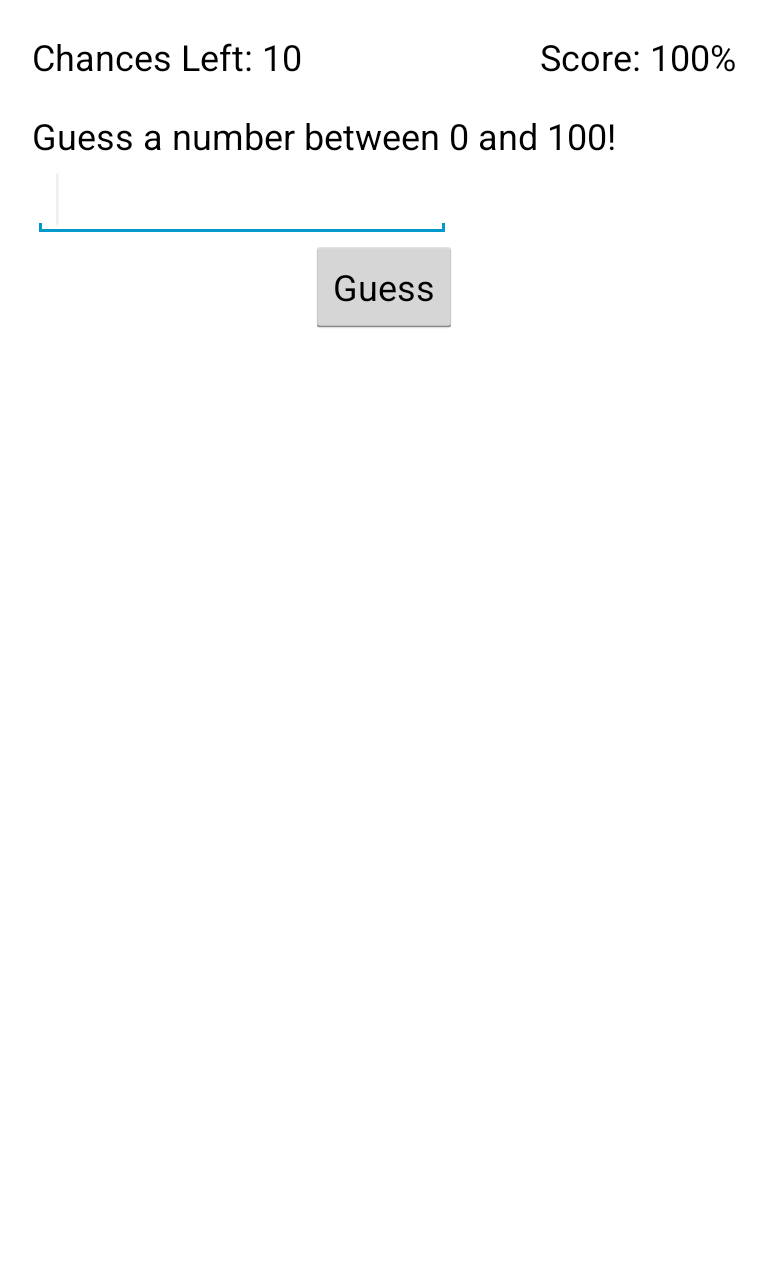
Repository: lethe13/AndroidProgramming
Layout: COMP304-Group1-MicroProject4/res/layout/activity_ggplay_music_progress_bar.xml
The author's editor kept a copy of each file at every save. The layout is drawn from the files as they stood at one save, then again after the next save.
It is drawn on a 768 x 1280 px phone screen (xhdpi) without system bars, with theme AppTheme; the app's code is not run.

Above is the layout before, as saved 2015-11-04 01:59:54.

After the next save:
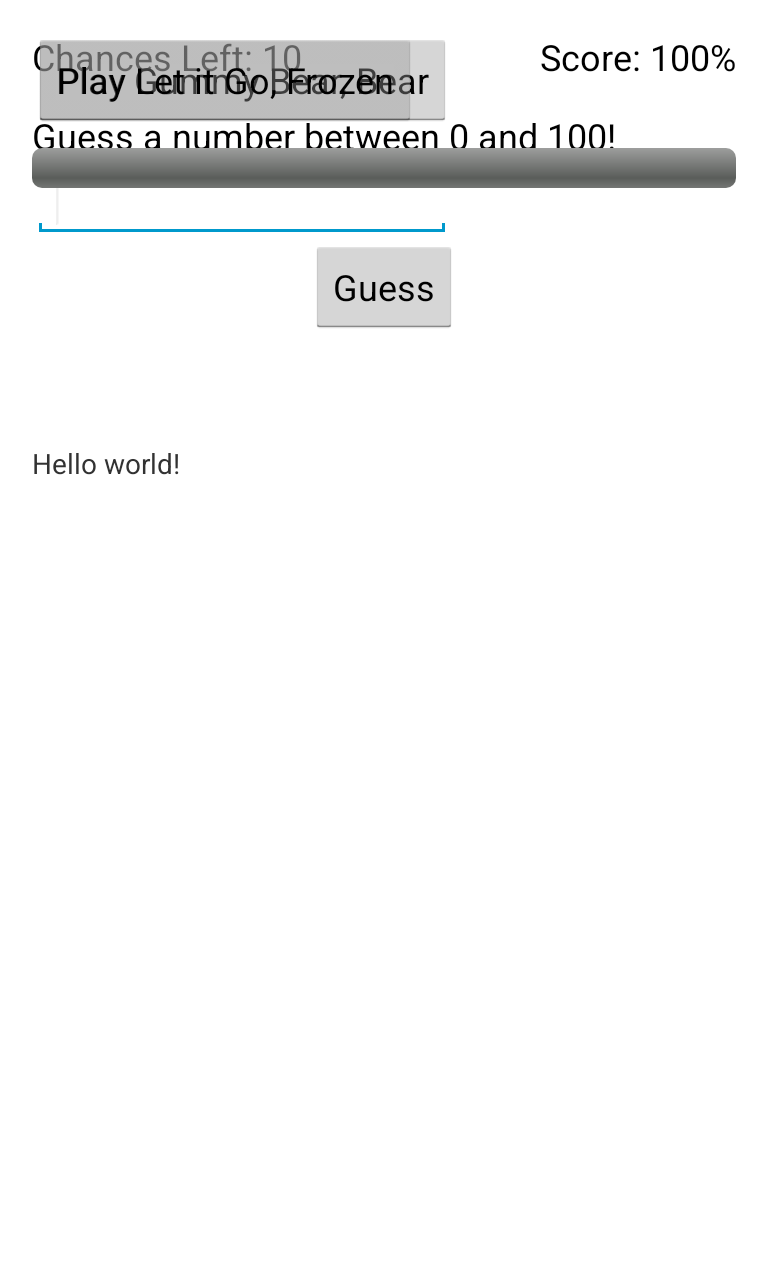
Saved 10 min 47 s later.
--- a/COMP304-Group1-MicroProject4/res/layout/activity_ggplay_music_progress_bar.xml
+++ b/COMP304-Group1-MicroProject4/res/layout/activity_ggplay_music_progress_bar.xml
@@ -60,5 +60,38 @@
        android:text=""
        android:textAppearance="?android:attr/textAppearanceMedium" />
 
+    <TextView
+        android:id="@+id/lblSongLength"
+        android:layout_width="wrap_content"
+        android:layout_height="wrap_content"
+         android:layout_marginTop="15dp"
+       android:layout_below="@+id/lblMessage"
+        android:text="@string/hello_world" />
+
+    <Button
+        android:id="@+id/btnBear"
+        android:layout_width="wrap_content"
+        android:layout_height="wrap_content"
+        android:layout_below="@+id/txtSongLength"
+        android:onClick="songClick"
+        android:text="Play Gummy Bear, Bear" />
+
+    <Button
+        android:id="@+id/btnFrozen"
+        android:layout_width="wrap_content"
+        android:layout_height="wrap_content"
+        android:layout_alignLeft="@+id/gummy"
+        android:onClick="songClick"
+        android:text="Play Let it Go, Frozen" />
+
+    <ProgressBar
+        android:id="@+id/pbProgress"
+        style="@android:style/Widget.ProgressBar.Horizontal"
+        android:layout_width="match_parent"
+        android:layout_height="20dp"
+        android:minHeight="20dp"
+        android:maxHeight="20dp"
+        android:layout_marginTop="10dp"
+        android:layout_below="@+id/btnBear" />
 
 </RelativeLayout>
